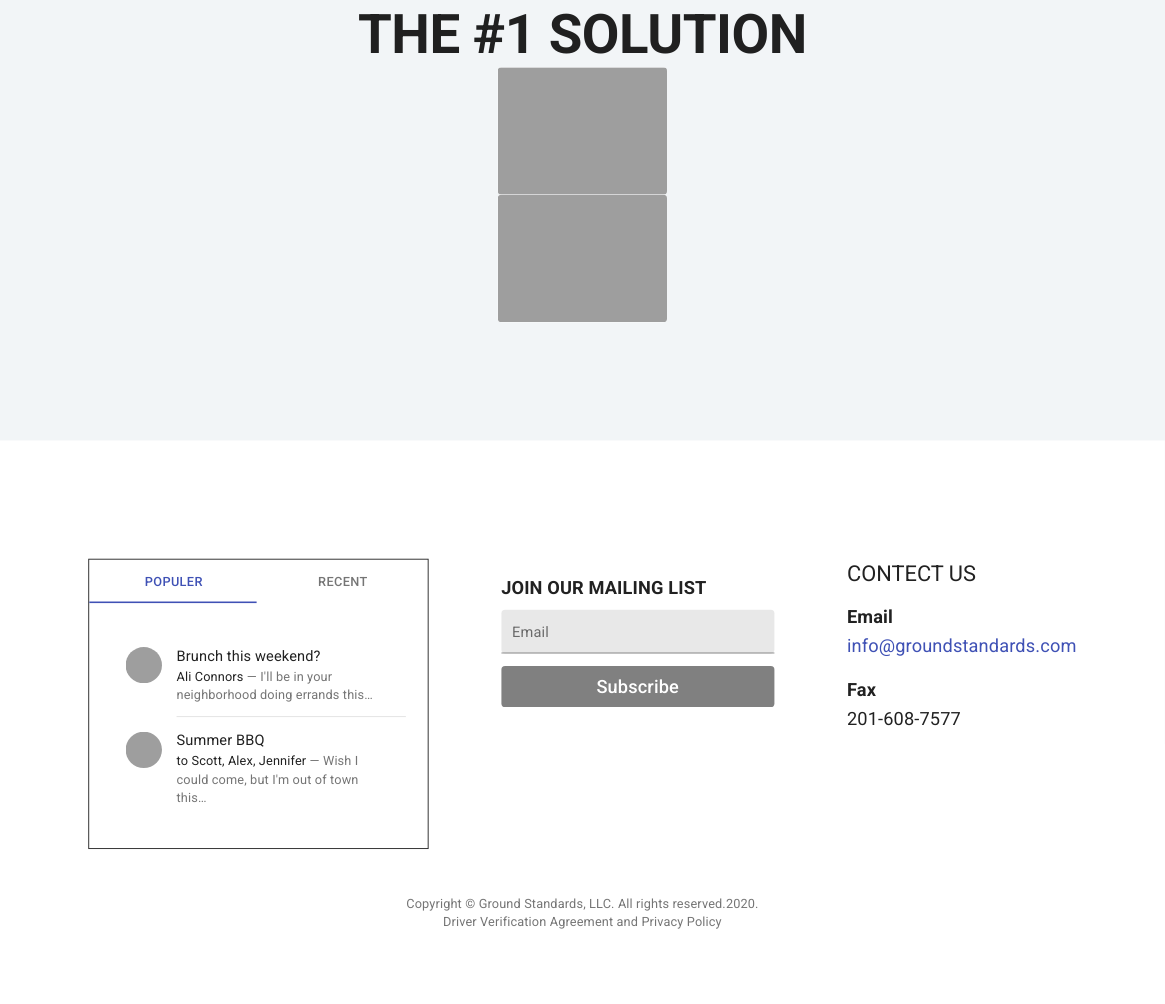
Repository: vinuvish/groundstandards_react
Page: /ourSolution
The author's editor kept a copy of each file at every save. The page is drawn from the files as they stood at one save, then again after a run of saves.
The browser window is 1280 px wide. The pictures show the part of the page from y = 300 to 1403 px (the page is 1403 px tall before and 1331 px after), at 91% of full size.
Pictures or frames that could not be fetched are drawn as grey boxes. The page's requests for data from a server got no answer. The project was rebuilt for these pictures with package versions that can differ from the ones it lists, and the page was loaded fresh each time. No one was signed in, and anything a server would have sent is missing. Also part of the build but not shown: src/pages/app/NotFoundPage.tsx, src/pages/app/SignUpPage.tsx, src/pages/app/AboutPage.tsx, src/pages/app/OurPartnerPage.tsx, src/pages/app/ResourcePage.tsx, src/pages/app/PressPage.tsx, src/pages/app/BlockPage.tsx, src/pages/app/ContactPage.tsx and 4 more. Imported but missing from the stored project, and not drawn on this page: src/assets/video/video-2.mp4.

Above is the page before, as saved 2020-12-16 21:58:30.

After the next 4 saves:
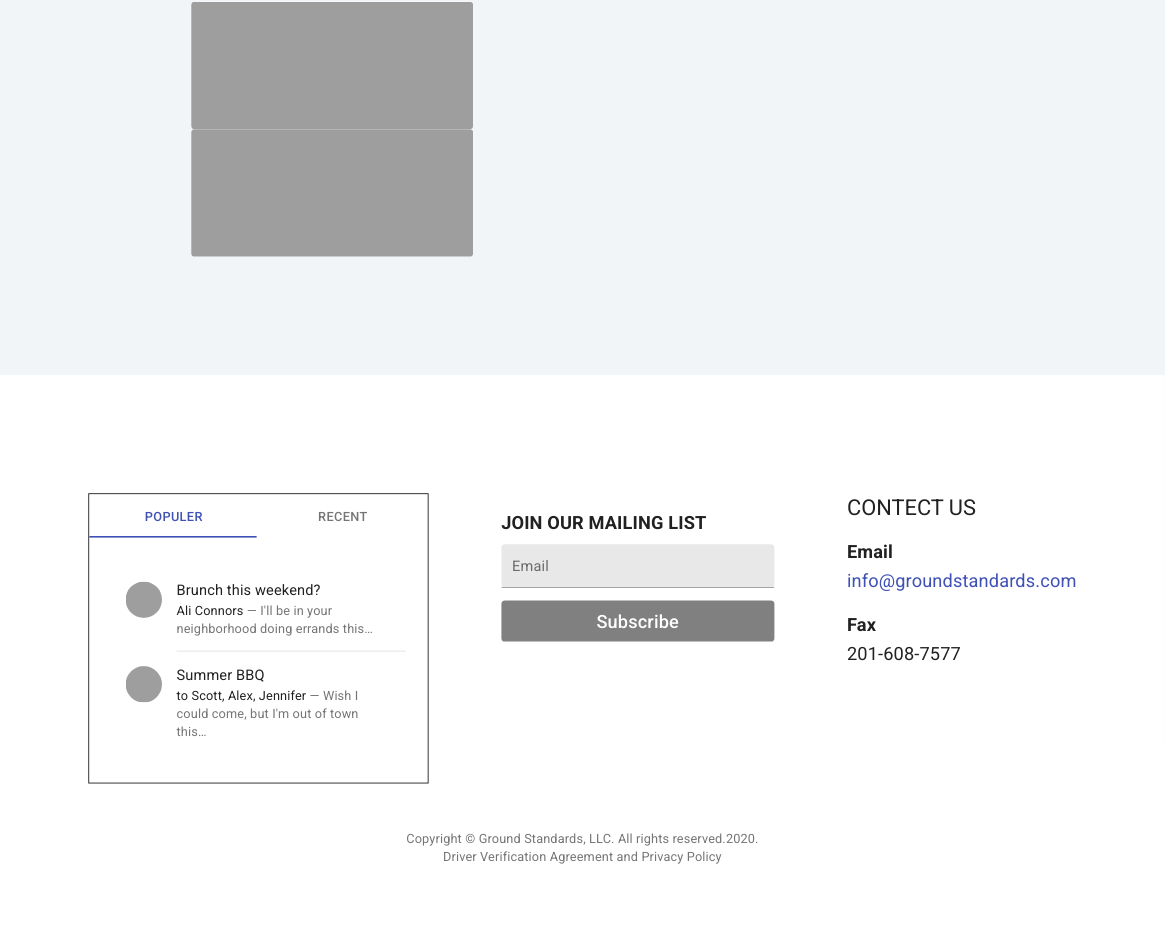
The 4 saves are shown as one change because 1 did not build or start and some came seconds apart.
The last was saved 23 s later.
--- a/src/pages/app/OurSolutionPage.tsx
+++ b/src/pages/app/OurSolutionPage.tsx
@@ -23,14 +23,8 @@ const OurSolutionPage: React.FC<Props> = () => {
                 </Grid>
 
             </Grid >
-            <Grid container className={classes.grid} direction='column'>
-                <Grid item xs={12}>
-                    <Typography variant="h2">
-                        <Box fontWeight={600} justifyContent='center' >
-                            THE #1 SOLUTION
-               </Box>
-                    </Typography>
-                </Grid>
+            <Grid container className={classes.grid} direction='row'>
+
 
                 <Grid item xs={12}>
                     <ZImageDisplay imageUral={'http://groundstandards.com/wp-content/uploads/compliance.png'} />
